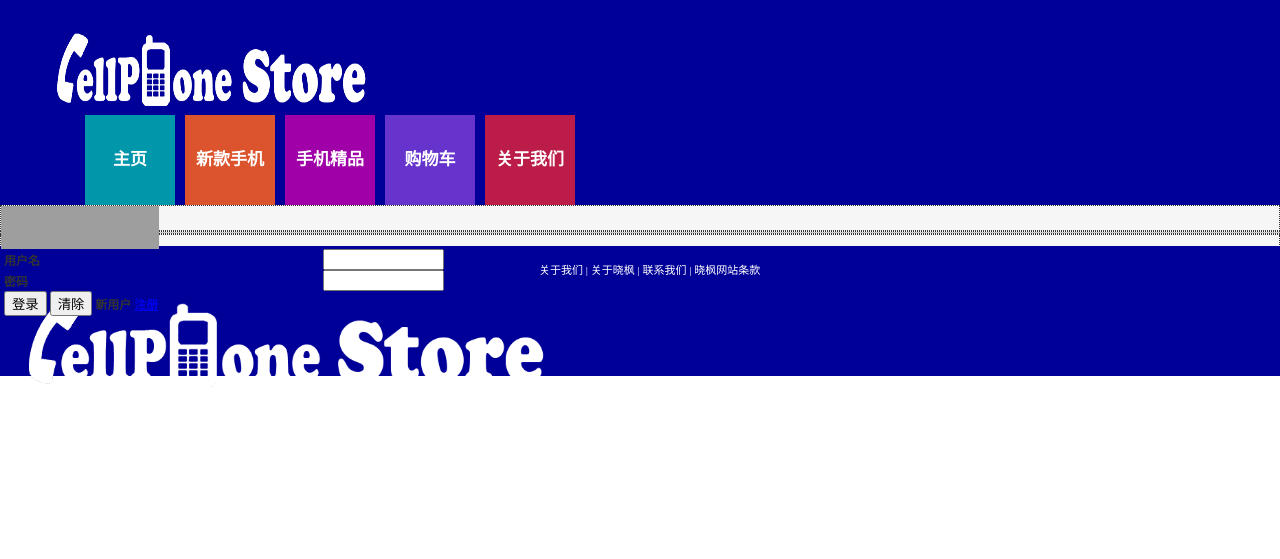
Repository: Jefsky/phonemarket
Page: http://localhost/phonemarket/user/index.jsp
An editor plug-in stored every save of this project. The page is shown before and after the next save, followed by the edit.
The browser window is 1280 px wide. The pictures show the whole page.
Pictures or frames that could not be fetched are drawn as grey boxes. The page is served by Tomcat 9. Other server files are loaded and not shown. Queries for data that is not in the repository find no rows.

Above is the page before, as saved 2014-06-26 01:03:01.

### phonemarket/phonemarket/WebContent/user/index.jsp
<%@ page language="java" contentType="text/html; charset=UTF-8"
    pageEncoding="UTF-8"%>
    <%@ page import="cn.huateng.dao.impl.PhoneInfoDAOImpl,cn.huateng.bean.Phone,java.util.ArrayList,cn.huateng.bean.Company,cn.huateng.dao.impl.CompanyDAOImpl" %>
<!DOCTYPE html PUBLIC "-//W3C//DTD HTML 4.01 Transitional//EN" "http://www.w3.org/TR/html4/loose.dtd">
<html>
<head>
<meta http-equiv="Content-Type" content="text/html; charset=UTF-8">
<link rel="stylesheet" type="text/css" href="../css/main.css">
<title>化腾晓枫手机商城官网</title>
</head>
<body>
<%
	String op = request.getParameter("op");
	if("exit".equals(op)){
		session.removeAttribute("userid");
	}
	String error = request.getParameter("error");
	if(error!=null&&"queryUP_er".equals(error)){
%>
	<script type="text/javascript">
		alert("用户名或者密码错误");
	</script>
<%
	}
	if(error!=null&&"pwedit_error".equals(error)){
%>
	<script type="text/javascript">
		alert("用户密码修改失败");
	</script>
<%
	}
	if(error!=null&&"userInfoEdit_error".equals(error)){
%>
	<script type="text/javascript">
		alert("用户个人信息修改失败");
	</script>
<%
	}
%>

<div >
					<jsp:include page="top.jsp" />
</div>

		<table width="100%" border="0" cellpadding="0" cellspacing="0"
										class="td">
	<%
		PhoneInfoDAOImpl phoneInfoDAOImpl = new PhoneInfoDAOImpl();
		ArrayList<Phone> ls_ephone = phoneInfoDAOImpl.queryPhoneByType(1);
		if(ls_ephone!=null){
			for(int i=0; i<(ls_ephone.size()>4?4:ls_ephone.size()); ){
	%>
								<tr>
	<%
		int count = 2;
		while(count>0){
			if(i<ls_ephone.size()){
				Phone phone = ls_ephone.get(i);
				i++;
	%>
	<td width="50%">
	<table width="100%" border="0" cellpadding="0" cellspacing="0"
										class="td">
											<tr>
												<td  width="30%" rowspan="5">
													<a href="phonedetail.jsp?phoneid=<%=phone.getPhoneid()%>">
													<img src="../image/<%=phone.getPicture() %>" width="230"
													height="323" border="0"></a>
												</td>

												<td width="80"><div align="left">型号</div></td>
												<td ><%=phone.getPhonename() %></td>
											</tr>
											<tr>
												<td width="80"><div align="left">平台</div></td>
												<td ><%=phone.getPlatform() %></td>
											</tr>
											<tr>
												<td><div align="left">公司</div></td>
<%
	CompanyDAOImpl companyDAOImpl =new CompanyDAOImpl();
	Company company = companyDAOImpl.cQueryById(phone.getCompanyid());
	if(company!=null){
%>
												<td width="80"><%=company.getName() %></td>
<%
	}
%>
											</tr>
											<tr>
												<td width="80"><div align="left">屏幕</div></td>
												<td ><%=phone.getDisplay() %>英寸</td>
											</tr>
											<tr>
												<td width="80"><div align="left">定价</div></td>
												<td><%=phone.getPrice() %>元</td>
											</tr>
											<tr>
												<td colspan="2"><div align="center" float="right">
													<a href="/phonemarket/AddtoCartServlet?phoneid=<%=phone.getPhoneid()%>">放入购物车</a>&nbsp;&nbsp;
													<a href="phonedetail.jsp?phoneid=<%=phone.getPhoneid() %>">查看详情</a>
												</div></td>
											</tr>
										</table>
									</td>

<%
			}else{
%>
						<td width="50%"></td>
<%
			}
		count--;
		}
%>
				</tr>
<%
			}
		}
%>

		    				</table>
		    			</td>
		    			<td width="1" bgcolor="#999999"></td>
		    		</tr>
		    		<tr bgcolor="#999999"><td height="1" colspan="3" nowrap></td>
		    		</tr>
		    	</table>
		    	<table width="100%" border="0" cellspacing="0" cellpadding="0">
			    		<tr>
		    			<td height="1" nowrap bgcolor="#CCCCCC"></td>
		    		</tr>
		    	</table>
		    	<table width="100%" border="0" cellspacing="0" cellpadding="0">
		    		<tr bgcolor="#999999"></tr>
		    		<tr>
		    			<td width="0" nowrap bgcolor="#999999"></td>
		    			<td>
		    				<table width="100%" border="0" cellspacing="0" cellpadding="0" class="td">

	<%
		PhoneInfoDAOImpl phoneInfoDAOImpl2 = new PhoneInfoDAOImpl();
		ArrayList<Phone> ls_ephone2 = phoneInfoDAOImpl2.queryPhoneByType(2);
		if(ls_ephone!=null){
			for(int i=0; i<(ls_ephone2.size()>4?4:ls_ephone2.size()); ){
	%>
								<tr>
	<%
		int count = 2;
		while(count>0){
			if(i<ls_ephone2.size()){
				Phone phone2 = ls_ephone2.get(i);
				i++;
	%>

									<td width="50%">
										<table width="100%" border="0" cellpadding="0" cellspacing="0"
										class="td">
											<tr>
												<td width="30%" rowspan="5">
													<a href="phonedetail.jsp?phoneid=<%=phone2.getPhoneid()%>">
													<img src="../image/<%=phone2.getPicture() %>" width="230"
													height="323" border="0"></a>
												</td>
												<td width="25%"><div align="left">型号</div></td>
												<td><%=phone2.getPhonename() %></td>
											</tr>
											<tr>
												<td width="25%"><div align="left">平台</div></td>
												<td><%=phone2.getPlatform() %></td>
											</tr>
											<tr>
												<td width="25%"><div align="left">公司</div></td>
<%
	CompanyDAOImpl companyDAOImpl2 =new CompanyDAOImpl();
	Company company2 = companyDAOImpl2.cQueryById(phone2.getCompanyid());
	if(company2!=null){
%>
												<td><%=company2.getName() %></td>
<%
	}
%>
											</tr>
											<tr>
												<td width="25%"><div align="left">屏幕</div></td>
												<td><%=phone2.getDisplay() %>英寸</td>
											</tr>
											<tr>
												<td width="25%"><div align="left">定价</div></td>
												<td><%=phone2.getPrice() %>元</td>
											</tr>
											<tr>
												<td colspan="2"><div align="center">
													<a href="/phonemarket/AddtoCartServlet?phoneid=<%=phone2.getPhoneid()%>">放入购物车</a>&nbsp;&nbsp;
													<a href="phonedetail.jsp?phoneid=<%=phone2.getPhoneid() %>">查看详情</a>
												</div></td>
											</tr>
										</table>
									</td>

<%
			}else{
%>
						<td width="50%"></td>
<%
			}
		count--;
		}
%>
				</tr>
<%
			}
		}
%>

		    				</table>





<div>
					<jsp:include page="bottom.jsp" />
</div>
</body>
</html>

### phonemarket/phonemarket/WebContent/user/top.jsp
<%@ page language="java" contentType="text/html; charset=UTF-8"
    pageEncoding="UTF-8"%>
<!DOCTYPE html PUBLIC "-//W3C//DTD HTML 4.01 Transitional//EN" "http://www.w3.org/TR/html4/loose.dtd">
<html>
<head>
<meta http-equiv="Content-Type" content="text/html; charset=UTF-8">
<title>Cellphone Store</title>
<link rel="stylesheet" type="text/css" href="../css/top.css"/>
</head>
<body>
<div class = "navigation">
	<div id="logo">
		<span><img src="../image/logo.png" width="350" height="85"></span>
	</div>
	<ul id="color">
		<li class = "color1"><a href = "index.html">主页</a></li>
		<li><a>新款手机</a></li>
		<li class = "color2"><a>手机精品</a></li>
		<li class = "color3"><a href = "#">购物车</a></li>
		<li class = "color4"><a href = "#">关于我们</a></li>
	</ul>
	<div width="1" valign="top" display="block"><jsp:include page="login.jsp"/></div>
</div>

</body>
</html>

### phonemarket/phonemarket/WebContent/user/login.jsp
<%@ page contentType="text/html; charset=utf-8" language="java" import="java.sql.*" errorPage="" %>
<!DOCTYPE html PUBLIC "-//W3C//DTD XHTML 1.0 Transitional//EN" "http://www.w3.org/TR/xhtml1/DTD/xhtml1-transitional.dtd">
<html xmlns="http://www.w3.org/1999/xhtml">
<head>
<meta http-equiv="Content-Type" content="text/html; charset=utf-8" />
<title>login</title>
<SCRIPT LANGUAGE="javascript">
<!--
	function CheckSubmit(thisform){ //focus()方法，将光标定位于输出栏目
		with(thisform){
			if(userid.value==null || userid.value=="" ){
				alert("请输入用户名!");
				userid.focus();
				return false;
			}else if(userid.value.indexOf("'")!=-1){
				alert("用户名不能包含单引号,空格等字符!");
				userid.focus();
				return false;
			}
			if(password.value==null || password.value=="" ){
				alert("请输入密码!");
				password.focus();
				return false;
			}
		}
		return true;
	}
//-->
</SCRIPT>
</head>

<body>
<%
	String s_userid=(String)session.getAttribute("userid");
	if(s_userid==null){
%>
<form name="loginform" action="/206hwj_bookshop/QueryByIdPwServlet" method="post" onsubmit="return CheckSubmit(this)">
	<table width="100%" border="0" cellpadding="0" cellspacing="0" bgcolor="#f6f6f6" class="td">
		<tr>
			<td colspan="3"><div aligin="left"><img src="../images/login_r1.jpg" width="158" height="43"></div>
			</td>
		</tr>
		<tr>
			<td width="8">&nbsp;</td>
			<td width="25%">用户名</td>
			<td width="75%"><input name="userid" type="text" class="formtext" size="12"></td>
		</tr>
		<tr>
			<td>&nbsp;</td>
			<td >密码</td>
			<td ><input name="password" type="password" class="formtext" size="12"></td>
		</tr>
		<tr>
			<td>&nbsp;</td>
			<td colspan="2">
			 <input name="loginbutton" type="submit" value="登录">
			 <input type="reset" value="清除">
			 	新用户&nbsp;<a href="register.jsp">注册</a>
			</td>
		</tr>
	</table>
</form>
<%
	}else{
%>
	<table width="100%" border="0" cellpadding="0" bgcolor="#f6f6f6" class="td">
		<tr>
			<td width="8"><div align="left"></div></td>
			<td width="737"><%=s_userid %>，您好！<br>
			欢迎来到化腾晓枫手机商城</td>
		</tr>
		<tr>
			<td>&nbsp;</td>
			<td>您可以：</td>
		</tr>
		<tr>
			<td>&nbsp;</td>
			<td><a href="passwordedit.jsp">修改登陆密码</a></td>
		</tr>
		<tr>
			<td>&nbsp;</td>
			<td><a href="userinfoedit.jsp">维护个人信息</a></td>
		</tr>
		<tr>
			<td>&nbsp;</td>
			<td><a href="myorder.jsp">查看历史订单</a></td>
		</tr>
		<tr>
			<td>&nbsp;</td>
			<td><a href="shoppingcart.jsp">查看购书车</a></td>
		</tr>
		<tr>
			<td>&nbsp;</td>
			<td><a href="index.jsp?op=exit">注销退出</a></td>
		</tr>
	</table>
<%
	}
%>
</body>
</html>

### phonemarket/phonemarket/WebContent/user/bottom.jsp
<%@ page language="java" contentType="text/html; charset=GB18030"
    pageEncoding="GB18030"%>
<!DOCTYPE html PUBLIC "-//W3C//DTD HTML 4.01 Transitional//EN" "http://www.w3.org/TR/html4/loose.dtd">
<html>
<head>
<link rel="stylesheet" type="text/css" href="../css/bottom.css">
<meta http-equiv="Content-Type" content="text/html; charset=ISO-8859-1">
<title>bottom</title>
</head>
<body>
<div class="foot">

 <p>&nbsp&nbsp&nbsp&nbsp&nbsp&nbsp 关于我们 | 关于晓枫 | 联系我们 | 晓枫网站条款</p>
<div id="logo">
		<span><img src="../image/logo.png" width="584" height="100px"></span>
	</div>
</div>
</body>
</html>

### phonemarket/phonemarket/src/cn/huateng/dao/impl/PhoneInfoDAOImpl.java
package cn.huateng.dao.impl;

	import java.sql.Connection;
import java.sql.PreparedStatement;
import java.sql.ResultSet;
import java.sql.SQLException;
import java.util.ArrayList;



import cn.huateng.bean.Phone;
import cn.huateng.dbc.DBConnection;

	public class PhoneInfoDAOImpl {
		public int insertPhone(Phone phone){
			int line=0;
			Connection conn=null;
			PreparedStatement ppsm=null;
			DBConnection dbconn=new DBConnection();
			if(dbconn!=null){
				conn=dbconn.getConn();
				if(conn!=null){
					String sql="insert into phone(phoneid,phonename,platform,weight,display,camera,ram,massmenory,companyid,price,quantity,picture,type) values(?,?,?,?,?,?,?,?,?,?,?,?,?)";
					try{
						ppsm =conn.prepareStatement(sql);
						ppsm.setString(1,phone.getPhoneid());
						ppsm.setString(2,phone.getPhonename());
						ppsm.setString(3,phone.getPlatform());
						ppsm.setString(4,phone.getWeight());
						ppsm.setString(5,phone.getDisplay());
						ppsm.setString(6,phone.getCamera());
						ppsm.setString(7,phone.getRam());
						ppsm.setString(8,phone.getMassmenory());
						ppsm.setInt(9,phone.getCompanyid());
						ppsm.setFloat(10,phone.getPrice());
						ppsm.setInt(11,phone.getQuantity());
						ppsm.setString(12,phone.getPicture());
						ppsm.setInt(13,phone.getType());
						line= ppsm.executeUpdate();
						}catch(SQLException e){
						e.printStackTrace();
						}finally{
							try {
								if(ppsm!=null){
										ppsm.close();
									}
								conn.close();}
							catch (SQLException e) {
								// TODO Auto-generated catch block
								e.printStackTrace();
							}
						}

				}
			}
			return line;
		}
		public ArrayList<Phone> queryPhone(){
			ArrayList<Phone> phoneList=new ArrayList<Phone>();
			Connection conn=null;
			Phone phone;
			PreparedStatement ppsm=null;
			ResultSet rs = null;
			DBConnection dbconn=new DBConnection();
				if(dbconn!=null){
					conn=dbconn.getConn();
				//쌈淪쏵契꿴璂꾸鱗ResultSet
					if(conn!=null){
						String sql="select * from phone";
						try {
							ppsm=conn.prepareStatement(sql);
							rs=ppsm.executeQuery();
							//離빈겉꿴璂써벎섞瘻뻣槨ArrayList<UserInfo>잚謹럿쀼.
							while (rs.next()){
								phone =new Phone();
								phone.setPhoneid(rs.getString(1));
								phone.setPhonename(rs.getString(2));
								phone.setPlatform(rs.getString(3));
								phone.setWeight(rs.getString(4));
								phone.setDisplay(rs.getString(5));
								phone.setCamera(rs.getString(6));
								phone.setRam(rs.getString(7));
								phone.setMassmenory(rs.getString(8));
								phone.setCompanyid(rs.getInt(9));
								phone.setPrice(rs.getFloat(10));
								phone.setQuantity(rs.getInt(11));
								phone.setPicture(rs.getString(12));
								phone.setType(rs.getInt(13));
								phoneList.add(phone);
							}

						}catch (SQLException e) {
							// TODO Auto-generated catch block
							e.printStackTrace();
						}finally{
							if(rs!=null){
								try {
									rs.close();
									if(ppsm!=null){
									ppsm.close();
									}
									if(conn!=null){
										conn.close();
									}
								} catch (SQLException e) {
									// TODO Auto-generated catch block
									e.printStackTrace();
								}
							}

						}
				}
			}
			return phoneList;
		}
		public int pDeleteById(String phoneid){
			int line = 0;
			Connection conn=null;
			PreparedStatement ppsm=null;
			DBConnection dbconn=new DBConnection();
			if(dbconn!=null){
				conn=dbconn.getConn();
				if(conn!=null){
					String sql="delete from phone where phoneid=?";
					try {
						ppsm =conn.prepareStatement(sql);
						ppsm.setString(1,phoneid);
						line=ppsm.executeUpdate();
					} catch (SQLException e) {
						// TODO Auto-generated catch block
						e.printStackTrace();
					}finally{
						try {
						if(ppsm!=null){
								ppsm.close();
							}
							conn.close();}
						catch (SQLException e) {
								// TODO Auto-generated catch block
								e.printStackTrace();
							}
						}
				}
			}
			return line;
		}
		//錦맣꾸鱗，邱쏵契寧늴꿴璂꾸鱗bQueryById()，
		//UpdatePhoneServlet錦맣꾸鱗，딧痰UpdatePhone()
		public Phone pQueryById(String phoneid){
			Phone phone = new Phone();
			Connection conn=null;
			PreparedStatement ppsm=null;
			ResultSet rs = null;
			DBConnection dbconn=new DBConnection();
				if(dbconn!=null){
					conn=dbconn.getConn();
					if(conn!=null){
						String sql="select * from phone where phoneid =?";
						try {
							ppsm=conn.prepareStatement(sql);
							ppsm.setString(1,phoneid);
							rs=ppsm.executeQuery();
							if (rs.next()){
								phone.setPhoneid(rs.getString(1));
								phone.setPhonename(rs.getString(2));
								phone.setPlatform(rs.getString(3));
								phone.setWeight(rs.getString(4));
								phone.setDisplay(rs.getString(5));
								phone.setCamera(rs.getString(6));
								phone.setRam(rs.getString(7));
								phone.setMassmenory(rs.getString(8));
								phone.setCompanyid(rs.getInt(9));
								phone.setPrice(rs.getFloat(10));
								phone.setQuantity(rs.getInt(11));
								phone.setPicture(rs.getString(12));
								phone.setType(rs.getInt(13));
							}

						}catch (SQLException e) {
							// TODO Auto-generated catch block
							e.printStackTrace();
						}finally{
							if(rs!=null){
								try {
									rs.close();
									if(ppsm!=null){
									ppsm.close();
									}
									if(conn!=null){
										conn.close();
									}
								} catch (SQLException e) {
									// TODO Auto-generated catch block
									e.printStackTrace();
								}
							}

						}
				}
			}
			return phone;
		}
		//횔빈疼契瘻돕錦맣女충updatePhone.jsp[송목、鑒좆、깃羚、닸렴뒈렘된斤口]
		public int updatePhone(Phone phone){
			int line=0;
			Connection conn=null;
			PreparedStatement ppsm=null;
			DBConnection dbconn=new DBConnection();
			if(dbconn!=null){
				conn=dbconn.getConn();
				if(conn!=null){
					String sql="update phone set price = ?,quantity = ? where phoneid = ?";
					try {
						ppsm =conn.prepareStatement(sql);
						ppsm.setFloat(1, phone.getPrice());
						ppsm.setInt(2, phone.getQuantity());
						ppsm.setString(3,phone.getPhoneid());
						line=ppsm.executeUpdate();
					} catch (SQLException e) {
						// TODO Auto-generated catch block
						e.printStackTrace();
					}finally{
						try {
						if(ppsm!=null){
								ppsm.close();
							}
							conn.close();}
						catch (SQLException e) {
								// TODO Auto-generated catch block
								e.printStackTrace();
							}
						}
				}
			}
			return line;
		}
		public ArrayList<Phone> queryPhoneByType(int type){
			ArrayList<Phone> phoneList=new ArrayList<Phone>();
			Connection conn=null;
			Phone phone;
			PreparedStatement ppsm=null;
			ResultSet rs = null;
			DBConnection dbconn=new DBConnection();
				if(dbconn!=null){
					conn=dbconn.getConn();
					if(conn!=null){
						String sql="select * from phone where type=?";
						try {
							ppsm=conn.prepareStatement(sql);
							ppsm.setInt(1,type);
							rs=ppsm.executeQuery();
							while (rs.next()){
								phone =new Phone();
								phone.setPhoneid(rs.getString(1));
								phone.setPhonename(rs.getString(2));
								phone.setPlatform(rs.getString(3));
								phone.setWeight(rs.getString(4));
								phone.setDisplay(rs.getString(5));
								phone.setCamera(rs.getString(6));
								phone.setRam(rs.getString(7));
								phone.setMassmenory(rs.getString(8));
								phone.setCompanyid(rs.getInt(9));
								phone.setPrice(rs.getFloat(10));
								phone.setQuantity(rs.getInt(11));
								phone.setPicture(rs.getString(12));
								phone.setType(rs.getInt(13));
								phoneList.add(phone);
							}

						}catch (SQLException e) {
							// TODO Auto-generated catch block
							e.printStackTrace();
						}finally{
							if(rs!=null){
								try {
									rs.close();
									if(ppsm!=null){
									ppsm.close();
									}
									if(conn!=null){
										conn.close();
									}
								} catch (SQLException e) {
									// TODO Auto-generated catch block
									e.printStackTrace();
								}
							}

						}
				}
			}
			return phoneList;
		}
		public int UpdatePhoneQuantity(String phoneid, int updatenum){
			int line = 0;
			Phone phone=pQueryById(phoneid);
			int phonenum = phone.getQuantity()+updatenum;
			if(phonenum>=0){
				phone.setQuantity(phonenum);
				line = updatePhone(phone);
			}
			return line;
		}
	}

### phonemarket/phonemarket/src/cn/huateng/dbc/DBConnection.java
package cn.huateng.dbc;

import java.sql.Connection;
import java.sql.DriverManager;
import java.sql.SQLException;

public class DBConnection {
	private Connection conn;
	private static final String DBDRIVER ="com.microsoft.sqlserver.jdbc.SQLServerDriver";
	private static final String DBURL = "jdbc:sqlserver://127.0.0.1:1433;databaseName=phonemarket";
	private static final String DBUSER="sa";
	private static final String DBPW="123456";
	public DBConnection(){
		try {
			Class.forName(DBDRIVER);
		} catch (ClassNotFoundException e1) {
			// TODO Auto-generated catch block
			e1.printStackTrace();
		}
		try {
			conn=(DriverManager.getConnection(DBURL,DBUSER,DBPW));
		} catch (SQLException e) {
			// TODO Auto-generated catch block
			e.printStackTrace();
		}

	}
	public Connection getConn() {
		return conn;
	}

}

### phonemarket/phonemarket/WebContent/css/main.css
@charset "utf-8";
/* CSS Document */

.td{
	border: 1px dotted;
	font-family: "宋体";
	font-size: 12px;
	color: #333333;
	text-decoration: none;
}

### phonemarket/phonemarket/WebContent/css/top.css
body{
	margin : 0px;
	padding : 0;
}

/* ====== Navigation Main ====== */
div.navigation{
	font-family:"微软雅黑 Light", cursive;
	background-color:#009;
	padding-top : 30px;
	padding-bottom : 30px;
	height:170px;
	font-weight: bolder;
}

/* ====== Navigation Menu ====== */
div.navigation>ul{
	margin : 0px;

}

div.navigation>ul>li{
	list-style : none;
	display : inline-block;
	height : 90px;
	width : 90px;
	background-color : #DB542D;
	text-align : center;
	line-height : 90px;
	margin-top : 2px;
	margin-bottom : 2px;
}

div.navigation ul li a{
	cursor : pointer;
}

div.navigation>ul>li>a{
	position : relative;
	display : block;
	color:#FFF;
	font-size : 17px;
	text-decoration : none;
}



/* ====== Color class ======*/
div.navigation .color1{
	background-color : #0097aa;
}

div.navigation .color2{
	background-color : #9f00a7;
}

div.navigation .color3{
	background-color: #63C;
}

div.navigation .color4{
	background-color : #bb1d48;
}

/* ====== title span ====== */

div.navigation span{
	position : relative;
	font-family : 'Open Sans';
	font-weight : 300;
	font-size : 16px;
	margin-left : 40px;
	font-size : 28px;
	color : white;
}



#color{ margin-left:40px;}
#color li{  float:left; margin:0 5px;}
div.navigation ul li a:hover{ background-color: #CCC; color:#00C;}
#logo{ width:100%;}

### phonemarket/phonemarket/WebContent/css/bottom.css
@charset "utf-8";
/* CSS Document */

body{
	margin : 0px;
	padding : 0;
}

.foot{ width:100%; margin-top:10px; background-color:#009; height:130px;}
p{text-align:center; color: #FFF;  font-size:11px;padding:15px 0px 10px 0px;}
#logo{
	display:block;
	float:left;

	}

After the next save:
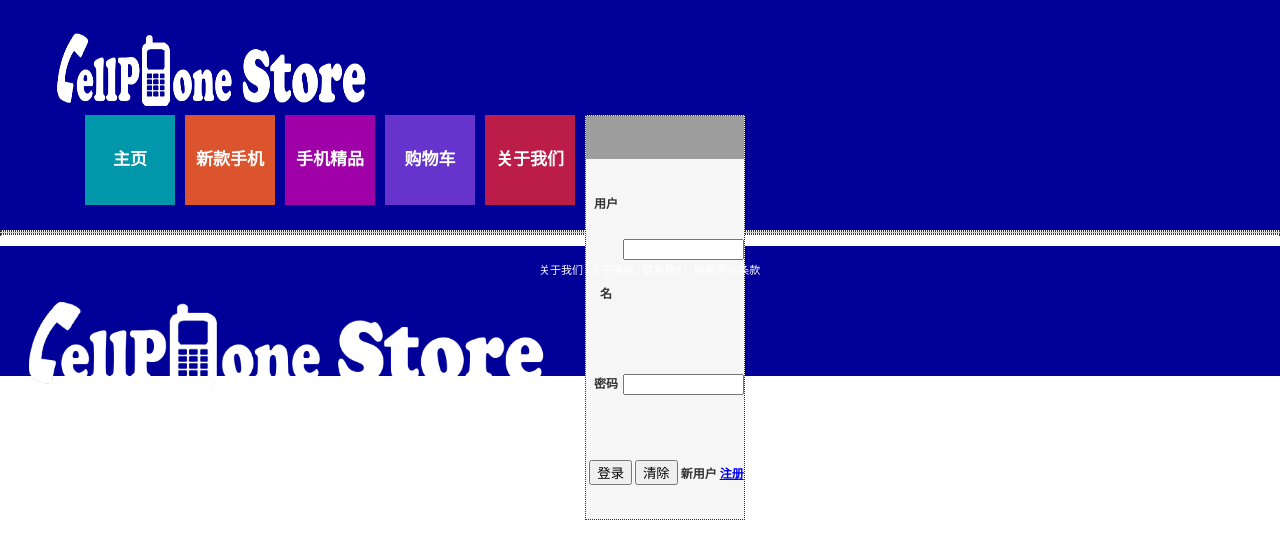
Saved 37 s later.
--- a/phonemarket/phonemarket/WebContent/user/top.jsp
+++ b/phonemarket/phonemarket/WebContent/user/top.jsp
@@ -18,8 +18,9 @@
 		<li class = "color2"><a>手机精品</a></li>
 		<li class = "color3"><a href = "#">购物车</a></li>
 		<li class = "color4"><a href = "#">关于我们</a></li>
+		<li><jsp:include page="login.jsp"/></li>
 	</ul>
-	<div width="1" valign="top" display="block"><jsp:include page="login.jsp"/></div>
+	<div width="1" valign="top" display="block"></div>
 </div>
 
 </body>
